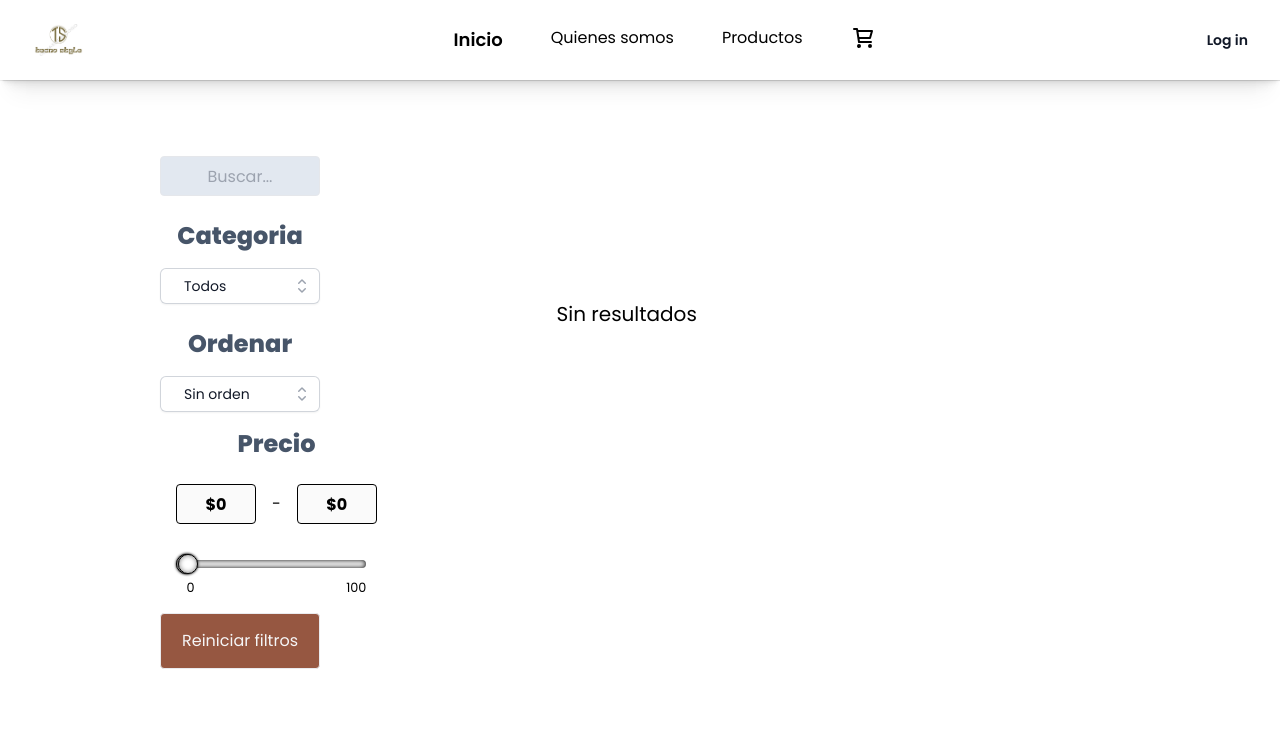
Repository: aitorcachero/api-eshop
Page: /products
An editor plug-in stored every save of this project. The page is shown before and after the next save, followed by the edit.
The browser window is 1280 px wide. The pictures show the whole page.
The page's requests for data from a server got no answer. The project was rebuilt for these pictures with package versions that can differ from the ones it lists, and the page was loaded fresh each time. No one was signed in, and anything a server would have sent is missing. Also part of the build but not shown: vite.config.js, src/pages/LoginPage/LoginPage.jsx, src/components/ProductCard/ProductCard.jsx, src/components/Loader/Loader.css, src/components/Loader/Loader.jsx, src/components/MultiRangeSlider/MultiRangeSliderBlack.css, src/pages/HomePage/HomePage.jsx, src/services/products/getProductById.js and 4 more.

Above is the page before, as saved 2024-02-23 13:27:35.

After the next save:
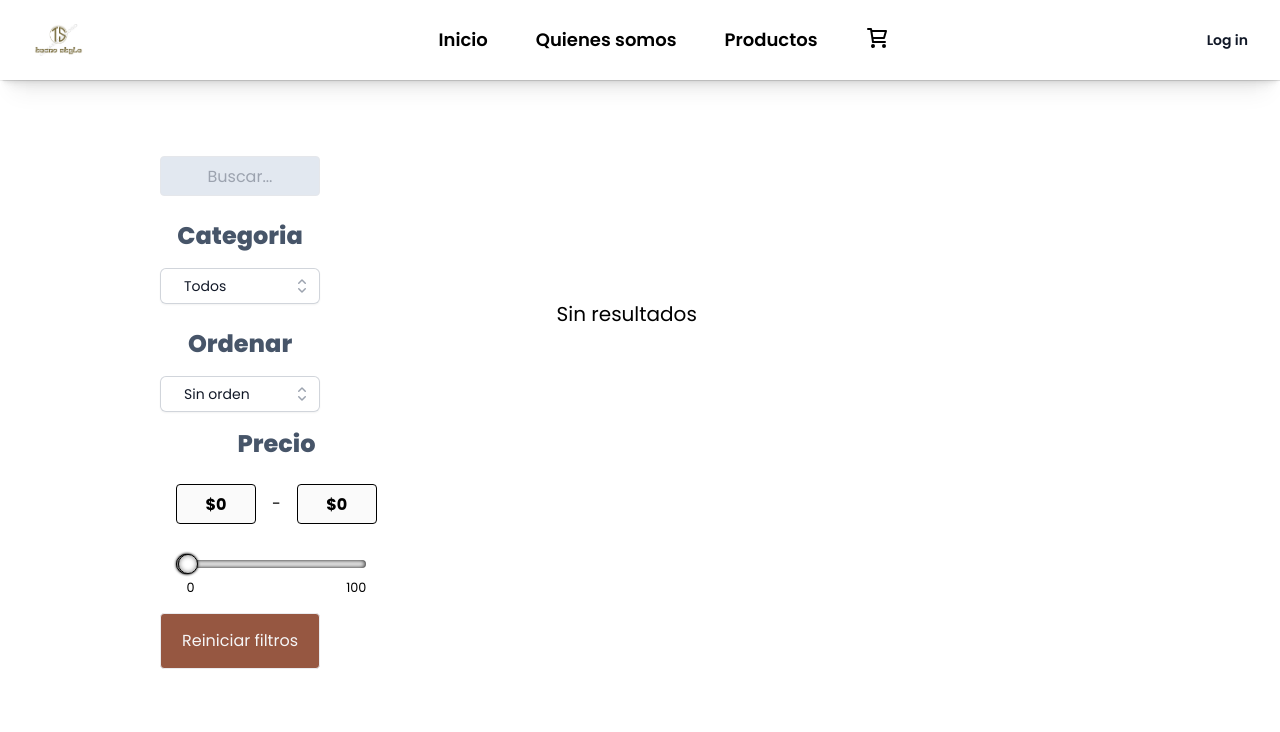
Saved 62 s later.
--- a/src/components/Header/Header.jsx
+++ b/src/components/Header/Header.jsx
@@ -90,10 +90,14 @@ export default function Header() {
             </p>
           </NavLink>
           <NavLink to="/about">
-            <p>Quienes somos</p>
+            <p className="text-lg font-semibold hover:text-orange-500">
+              Quienes somos
+            </p>
           </NavLink>
           <NavLink to="/products">
-            <p>Productos</p>
+            <p className="text-lg font-semibold hover:text-orange-500">
+              Productos
+            </p>
           </NavLink>
           <NavLink to="/cart">
             <div className="relative">
